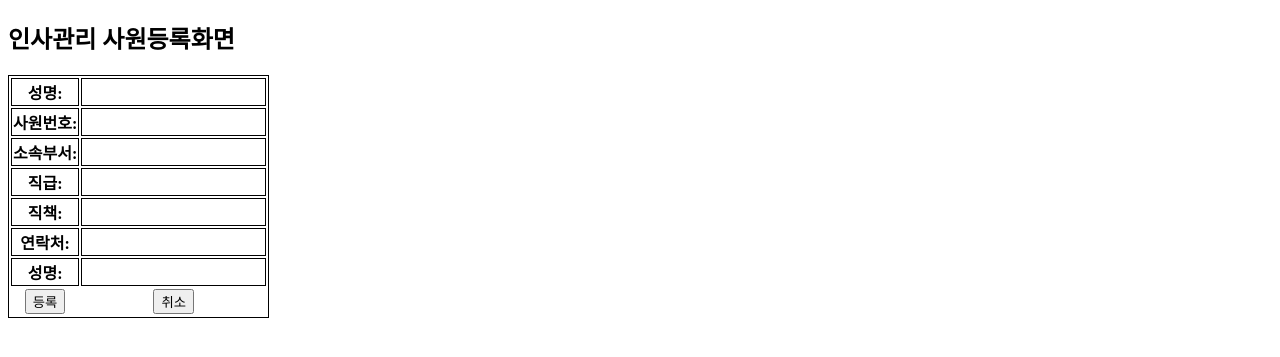
Repository: guguping/finalTestStudy
Page: http://localhost/test1/saveMemberForm.jsp
These files come from the project's save history. The page is drawn as it stood at one moment and after the next save; the edit follows.
The browser window is 1280 px wide. The pictures show the whole page.
The page is served by Tomcat 9.

Above is the page before, as saved 2023-07-28 02:53:00.

After the next save:
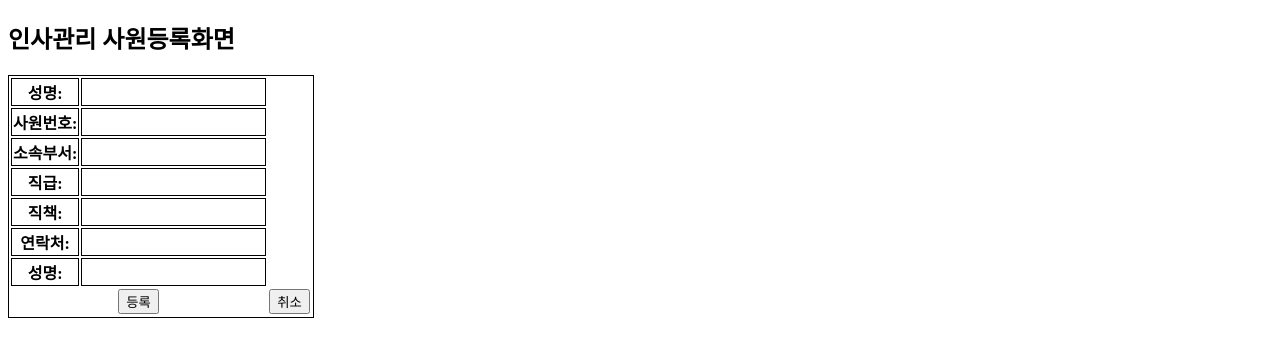
Saved 24 s later.
--- a/test1/src/main/webapp/saveMemberForm.jsp
+++ b/test1/src/main/webapp/saveMemberForm.jsp
@@ -49,7 +49,7 @@
 			<th><input type="text" id="name" name="name"></th>
 		</tr>
 		<tr>
-			<td><button type="submit">등록</button></td>
+			<td colspan = "3"><button type="submit">등록</button></td>
 			<td colspan = "3"><button type="button" onclick="index()">취소</button></td>
 		</tr>
 	</table>
